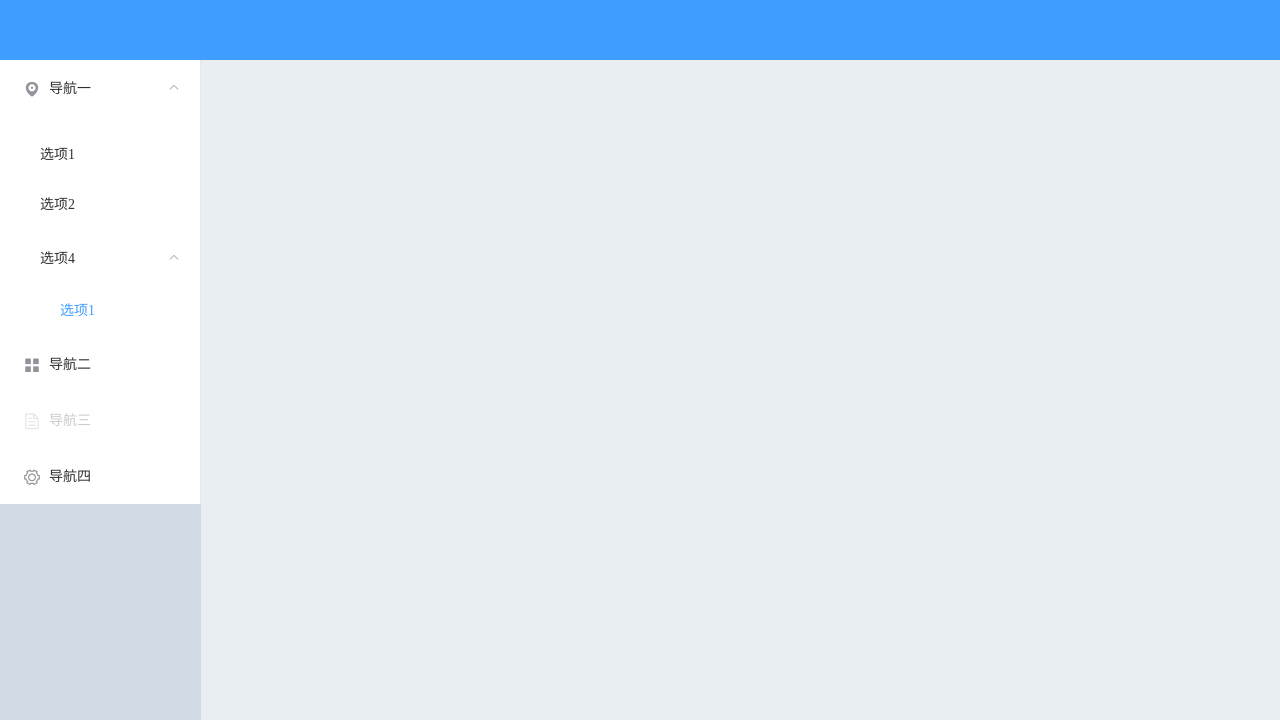
Repository: 960519152/elementui-demo-byf
Page: /#/
The author's editor kept a copy of each file at every save. The page is drawn from the files as they stood at one save, then again after the next save.
The browser window is 1280 px wide. The pictures show the whole page.
The project was rebuilt for these pictures with package versions that can differ from the ones it lists, and the page was loaded fresh each time. Also part of the build but not shown: src/components/HelloWorld.vue, src/components/Tx.vue, src/components/Tes.vue.

Above is the page before, as saved 2019-05-14 10:47:48.

After the next save:
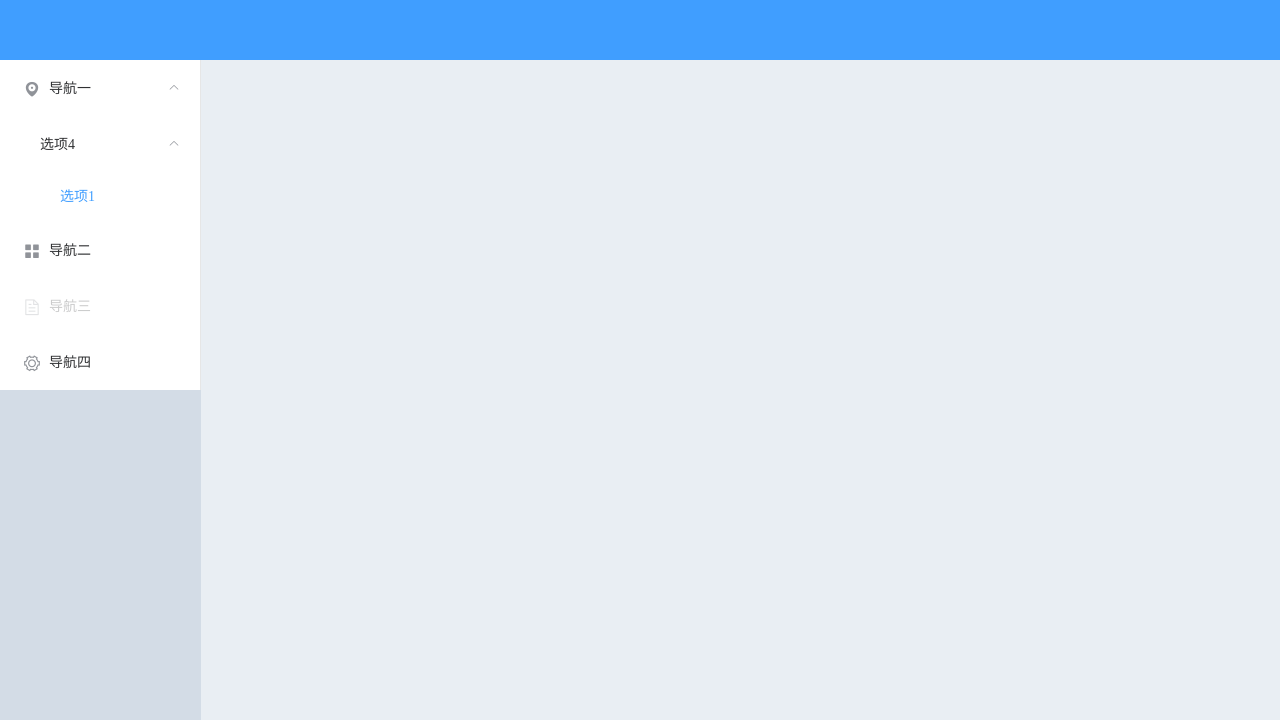
Saved 13 s later.
--- a/src/components/Home.vue
+++ b/src/components/Home.vue
@@ -36,11 +36,7 @@
       <i class="el-icon-location"></i>
       <span slot="title">导航一</span>
     </template>
-    <el-menu-item-group>
-
-      <el-menu-item index="1-1">选项1</el-menu-item>
-      <el-menu-item index="1-2">选项2</el-menu-item>
-    </el-menu-item-group>
+
     <el-submenu index="1-4">
       <span slot="title">选项4</span>
       <el-menu-item index="1-4-1">选项1</el-menu-item>
